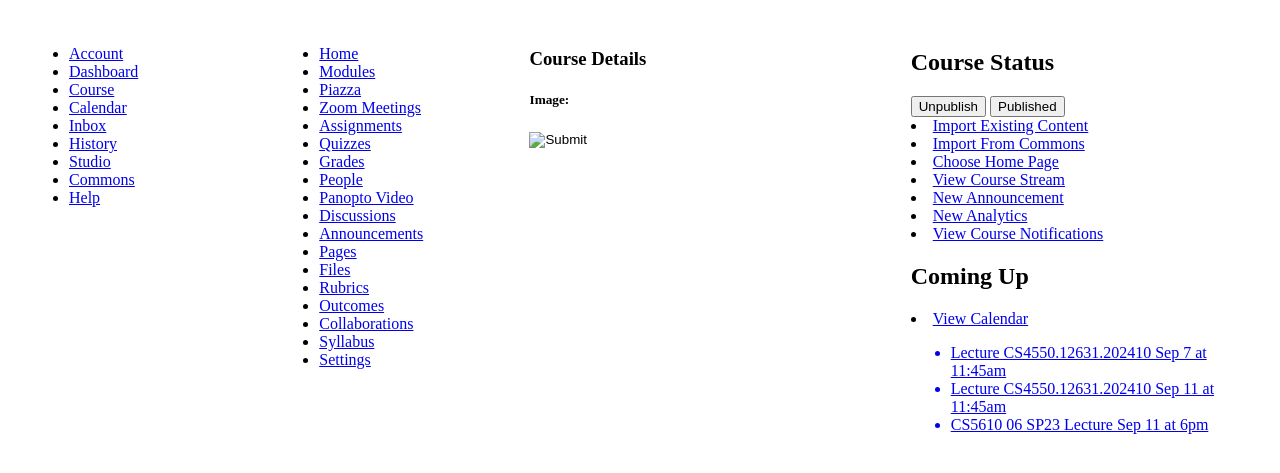
Repository: yuqiant/kanbas-react-web-app
Page: public/kanbas/coursesetting.html
The author's editor kept a copy of each file at every save. The page is drawn from the files as they stood at one save, then again after the next save.
The browser window is 1280 px wide. The pictures show the whole page.

Above is the page before, as saved 2023-09-16 14:36:57.

### public/kanbas/coursesetting.html
<!DOCTYPE html>
<html lang="en">

<head>
    <meta charset="UTF-8">
    <meta name="viewport" content="width=device-width, initial-scale=1.0">
    <title>Column Interaction</title>
    <style>
        table {
            width: 100%;
            border-collapse: collapse;
        }

        td {
            width: 50%;
            border: 1px solid transparent;
            padding: 20px;
            vertical-align: top;
        }
    </style>
</head>

<body>
    <table>
        <tr>
            <td id="firstColumn" style="width: 150px;">
                <ul>
                    <li><a href="#">Account</a></li>
                    <li><a href="#">Dashboard</a></li>
                    <li><a href="#" onclick="showSecondColumn()">Course</a></li>
                    <li><a href="#">Calendar</a></li>
                    <li><a href="#">Inbox</a></li>
                    <li><a href="#">History</a></li>
                    <li><a href="#">Studio</a></li>
                    <li><a href="#">Commons</a></li>
                    <li><a href="#">Help</a></li>
                </ul>
            </td>
            <td id="secondColumn" style="width: 150px;">
                <ul>
                    <li><a href="#" onclick="showThirdColumn()">Home</a></li>
                    <li><a href="#">Modules</a></li>
                    <li><a href="#">Piazza</a></li>
                    <li><a href="#">Zoom Meetings</a></li>
                    <li><a href="#">Assignments</a></li>
                    <li><a href="#">Quizzes</a></li>
                    <li><a href="#">Grades</a></li>
                    <li><a href="#">People</a></li>
                    <li><a href="#">Panopto Video</a></li>
                    <li><a href="#">Discussions</a></li>
                    <li><a href="#">Announcements</a></li>
                    <li><a href="#">Pages</a></li>
                    <li><a href="#">Files</a></li>
                    <li><a href="#">Rubrics</a></li>
                    <li><a href="#">Outcomes</a></li>
                    <li><a href="#">Collaborations</a></li>
                    <li><a href="#">Syllabus</a></li>
                    <li><a href="#">Settings</a></li>
                </ul>
            </td>
            <td id="thirdColumn" style="width: 250px;">
                <h3>Course Details</h3>

                <h5>Image:</h5>
                <input type="image" />









            </td>
            <td id="fourthColumn" style="width: 250px;">


                <h2>Course Status</h2>
                <button type="button">Unpublish</button>
                <button type="button">Published</button>
                <li><a href="#">Import Existing Content</li>
                <li><a href="#">Import From Commons</li>
                <li><a href="#">Choose Home Page</li>
                <li><a href="#">View Course Stream</li>
                <li><a href="#">New Announcement</li>
                <li><a href="#">New Analytics</li>
                <li><a href="#">View Course Notifications</a></li>


                <h2>Coming Up</h2>
                <li><a href="#">View Calendar
                        <ul>
                            <li>Lecture CS4550.12631.202410 Sep 7 at 11:45am</li>
                            <li>Lecture CS4550.12631.202410 Sep 11 at 11:45am</li>
                            <li>CS5610 06 SP23 Lecture Sep 11 at 6pm</li>
                        </ul>
                </li>



            </td>
        </tr>
    </table>

</body>

</html>

After the next save:
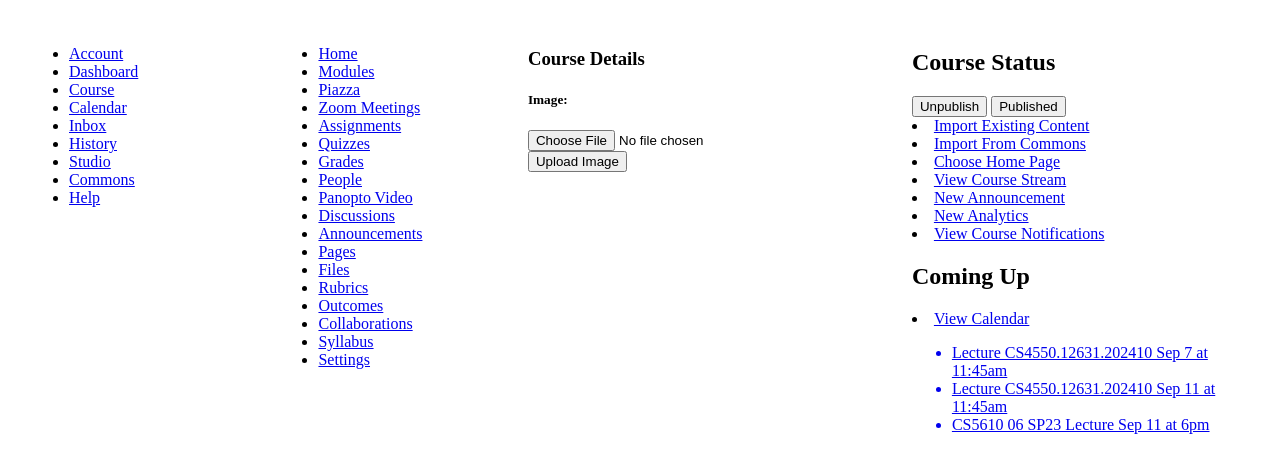
Saved 60 s later.
--- a/public/kanbas/coursesetting.html
+++ b/public/kanbas/coursesetting.html
@@ -62,7 +62,10 @@
                 <h3>Course Details</h3>
 
                 <h5>Image:</h5>
-                <input type="image" />
+                <form action="/path_to_your_server_endpoint" method="post" enctype="multipart/form-data">
+                    <input type="file" name="uploaded_image" accept="image/*">
+                    <input type="submit" value="Upload Image">
+                </form>
 
 
 
